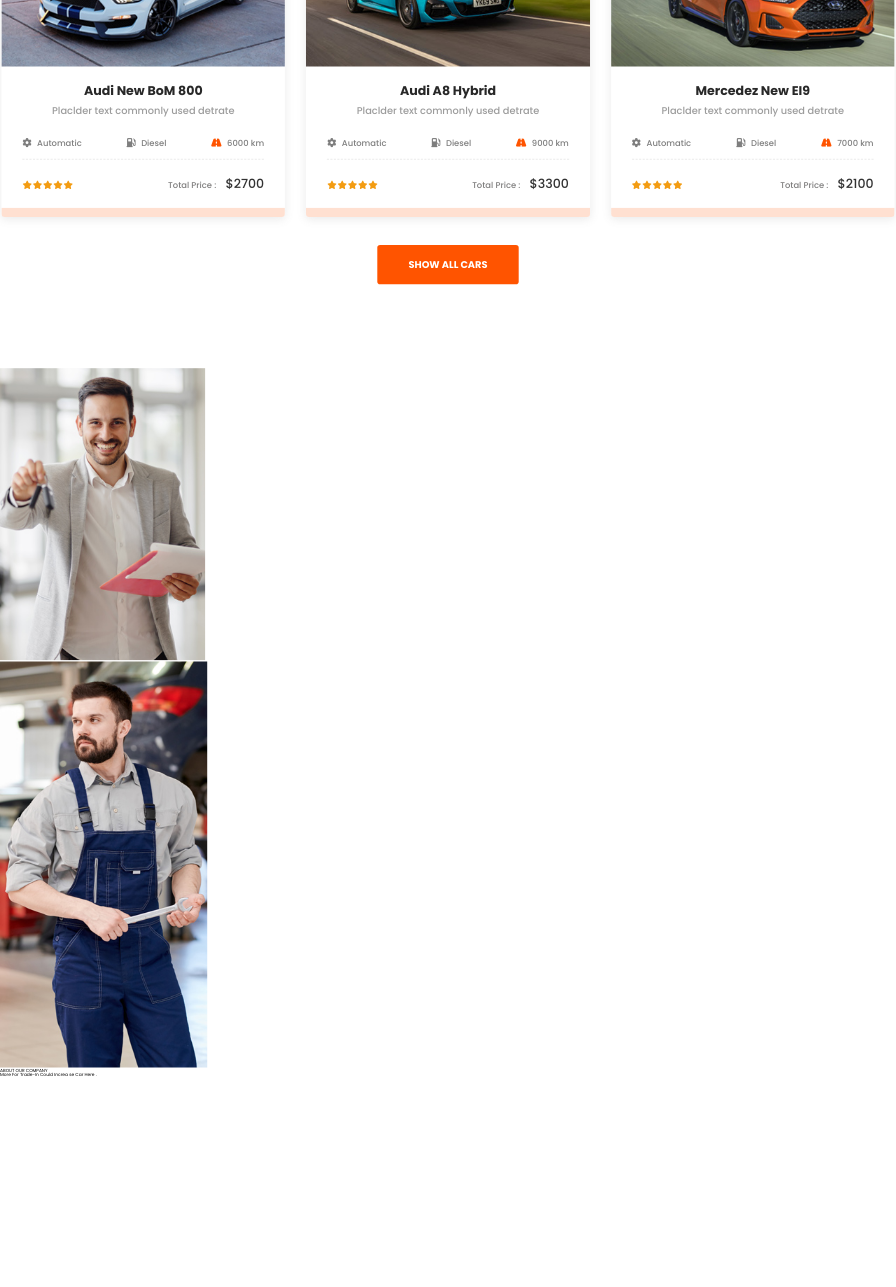
Repository: thanhdinh01/shopcar
Page: index.html
These files come from the project's save history. The page is drawn as it stood at one moment and after the next save; the edit follows.
The browser window is 1280 px wide. The pictures show the part of the page from y = 2410 to 4330 px (the page is 4248 px tall before and 4330 px after), at 70% of full size.
Some web libraries are served in a nearby version. The style sheet was rebuilt from its Sass, Less or Tailwind sources for each picture, by a compiler version that may differ from the author's.

Above is the page before, as saved 2022-08-17 20:19:56.

After the next save:
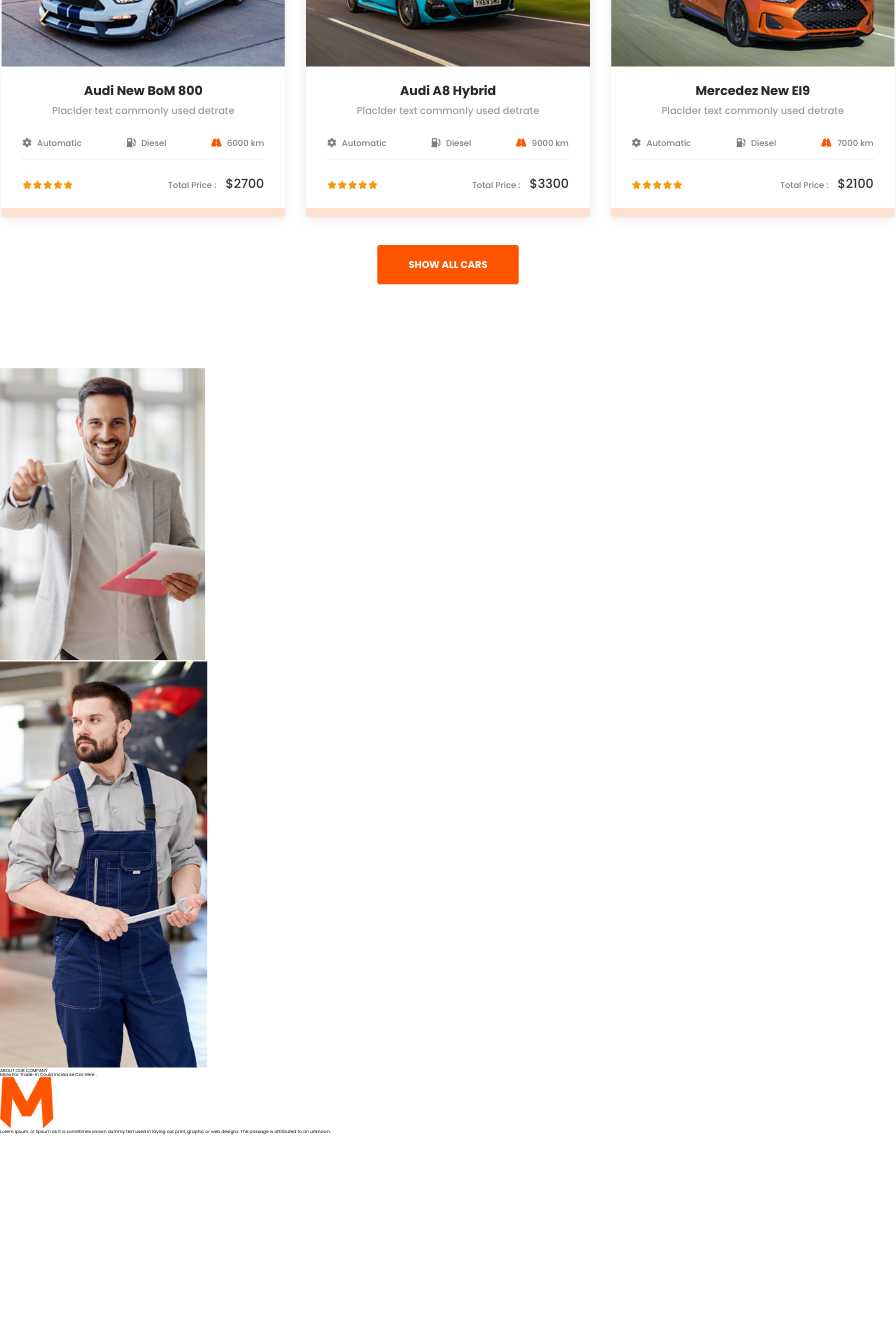
Saved 70 s later.
--- a/index.html
+++ b/index.html
@@ -443,6 +443,14 @@
               <p>ABOUT OUR COMPANY</p>
               <h2>More For Trade-In Could Increa se Car Here <span>.</span></h2>
             </div>
+            <div class="about-desc">
+              <img src="./images/about-company/m.png" alt="" />
+              <p>
+                Lorem ipsum, or lipsum as it is sometimes known dummy text used
+                in laying out print, graphic or web designs. The passage is
+                attributed to an unknown.
+              </p>
+            </div>
           </div>
         </div>
       </div>
